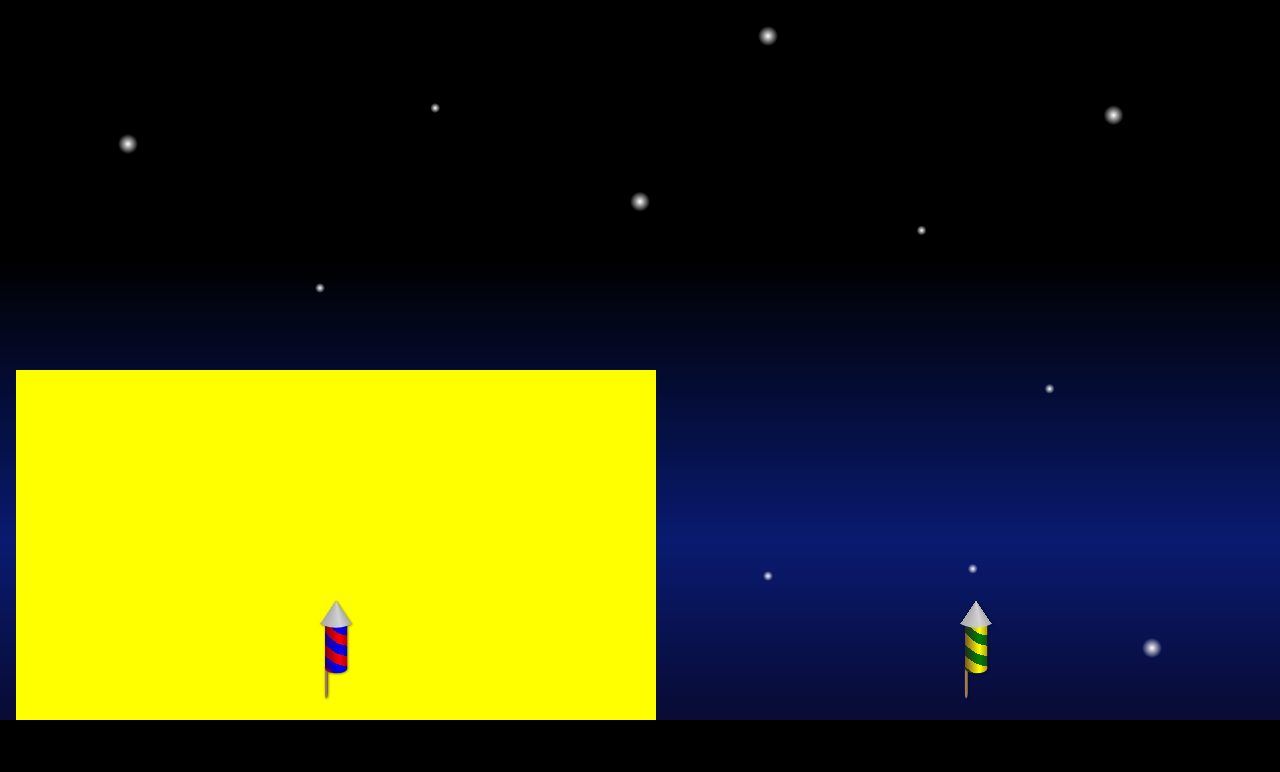
Repository: juliandecloe/CSS-To-The-Rescue---Julian-de-Cloe
Page: index.html
An editor plug-in stored every save of this project. The page is shown before and after the next save, followed by the edit.
The browser window is 1280 px wide. The pictures show the whole page.

Above is the page before, as saved 2022-03-10 14:53:25.

After the next save:
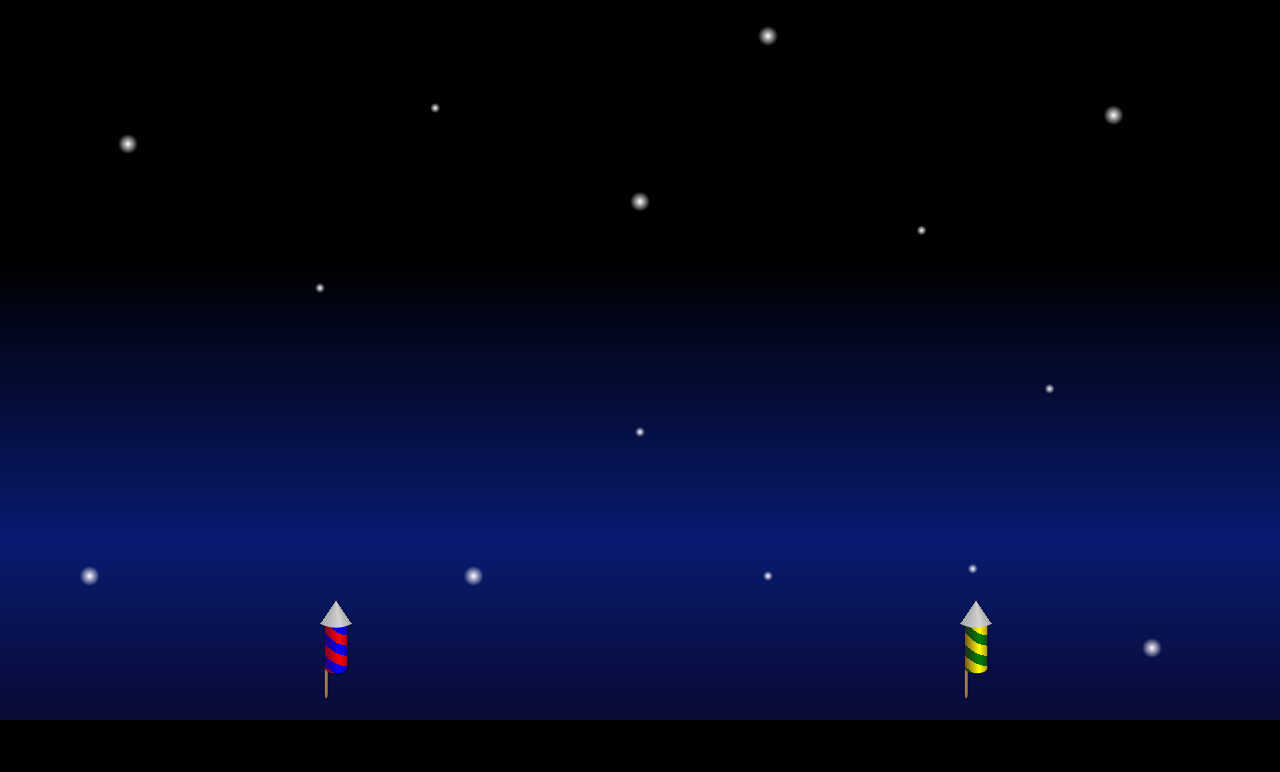
Saved 47 s later.
--- a/style.css
+++ b/style.css
@@ -187,8 +187,7 @@ section {
 }
 
 input[type="checkbox"]:not(:checked) ~ main section:first-child {
-	background: yellow;
-	/* animation: reload 1s linear forwards; */
+	animation: reload 1s linear forwards;
 }
 
 @keyframes reload {
